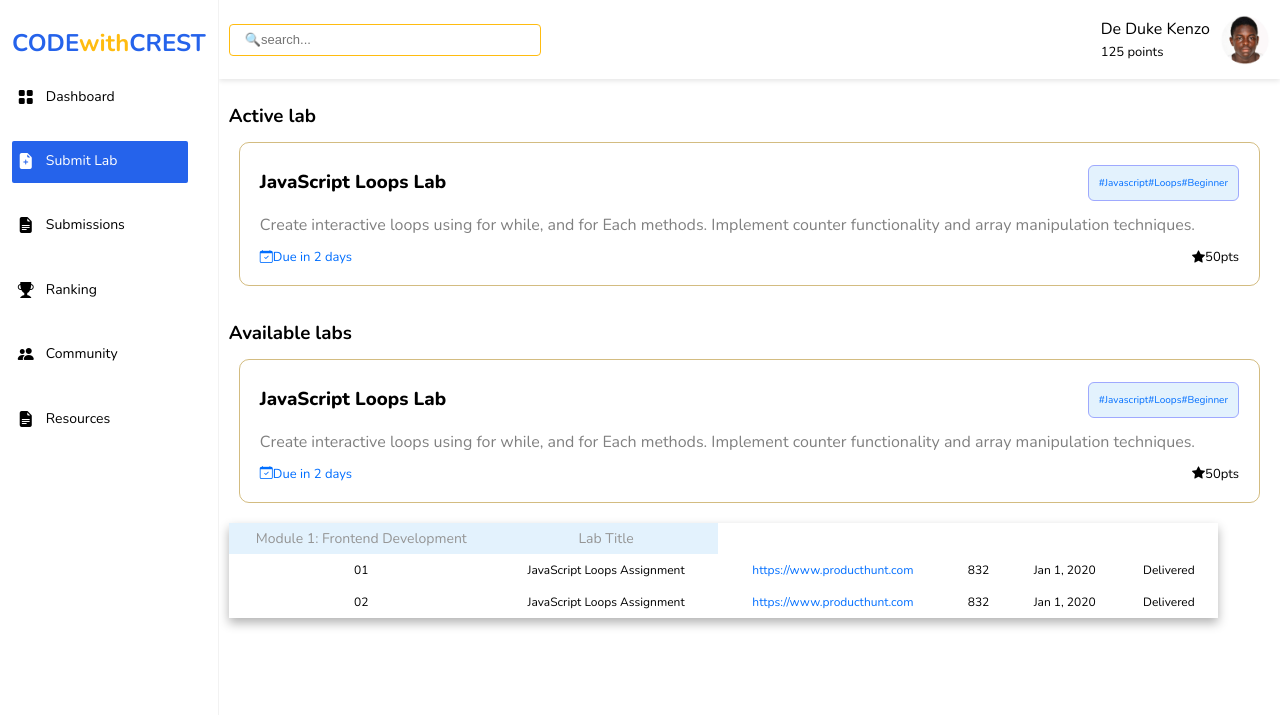
Repository: CarlTeclancing/codewithcrest
Page: /dashboard/submitlab
An editor plug-in stored every save of this project. The page is shown before and after a run of saves, followed by the edit.
The browser window is 1280 px wide. The pictures show the whole page.
The project was rebuilt for these pictures with package versions that can differ from the ones it lists, and the page was loaded fresh each time. Also part of the build but not shown: vite.config.js, src/pages/Dashboard/Dashboard.jsx, src/components/UserCard.jsx, src/pages/ranking/Ranking.jsx, src/components/GuideLines.jsx, src/pages/submission/Submission.jsx, src/components/CommunityPost.jsx, src/pages/community/Community.jsx and 12 more.

Above is the page before, as saved 2025-09-09 14:28:52.

After the next 5 saves:
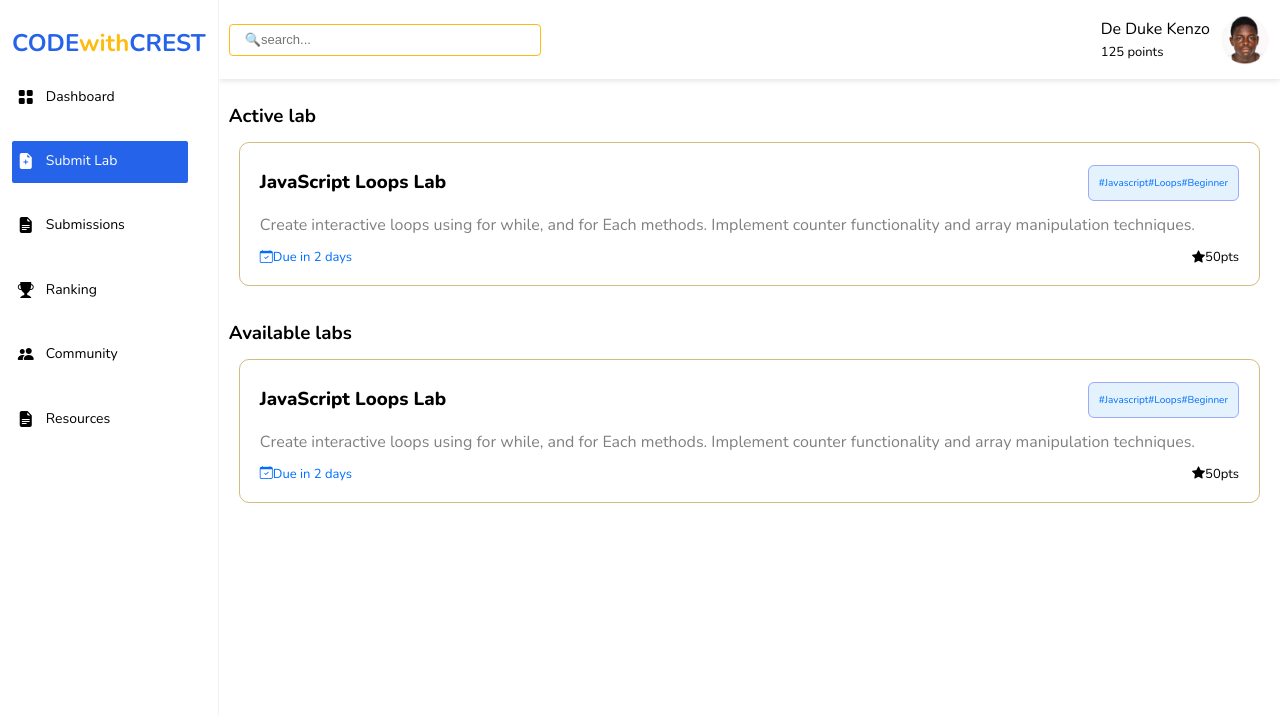
The 5 saves are shown as one change because 1 did not build or start and some came seconds apart.
The last was saved 32 min 59 s later.
--- a/src/pages/submitLab/SubmitLab.jsx
+++ b/src/pages/submitLab/SubmitLab.jsx
@@ -80,32 +80,7 @@ function SubmitLab() {
         </div>
       </div>
 
-      <table>
-        <thead>
-        <tr>
-            <th>Module 1: Frontend Development</th>
-            <th>Lab Title</th>
-        </tr>
-        </thead>
-        <tbody>
-        <tr>
-            <td>01</td>
-            <td>JavaScript Loops Assignment</td>
-            <td className='url'>https://www.producthunt.com</td>
-            <td>832</td>
-            <td>Jan 1, 2020</td>
-            <td>Delivered</td>
-        </tr>
-        <tr>
-            <td>02</td>
-            <td>JavaScript Loops Assignment</td>
-            <td className='url'>https://www.producthunt.com</td>
-            <td>832</td>
-            <td>Jan 1, 2020</td>
-            <td>Delivered</td>
-        </tr>
-        </tbody>
-      </table>
+
 
     </div>
   )
